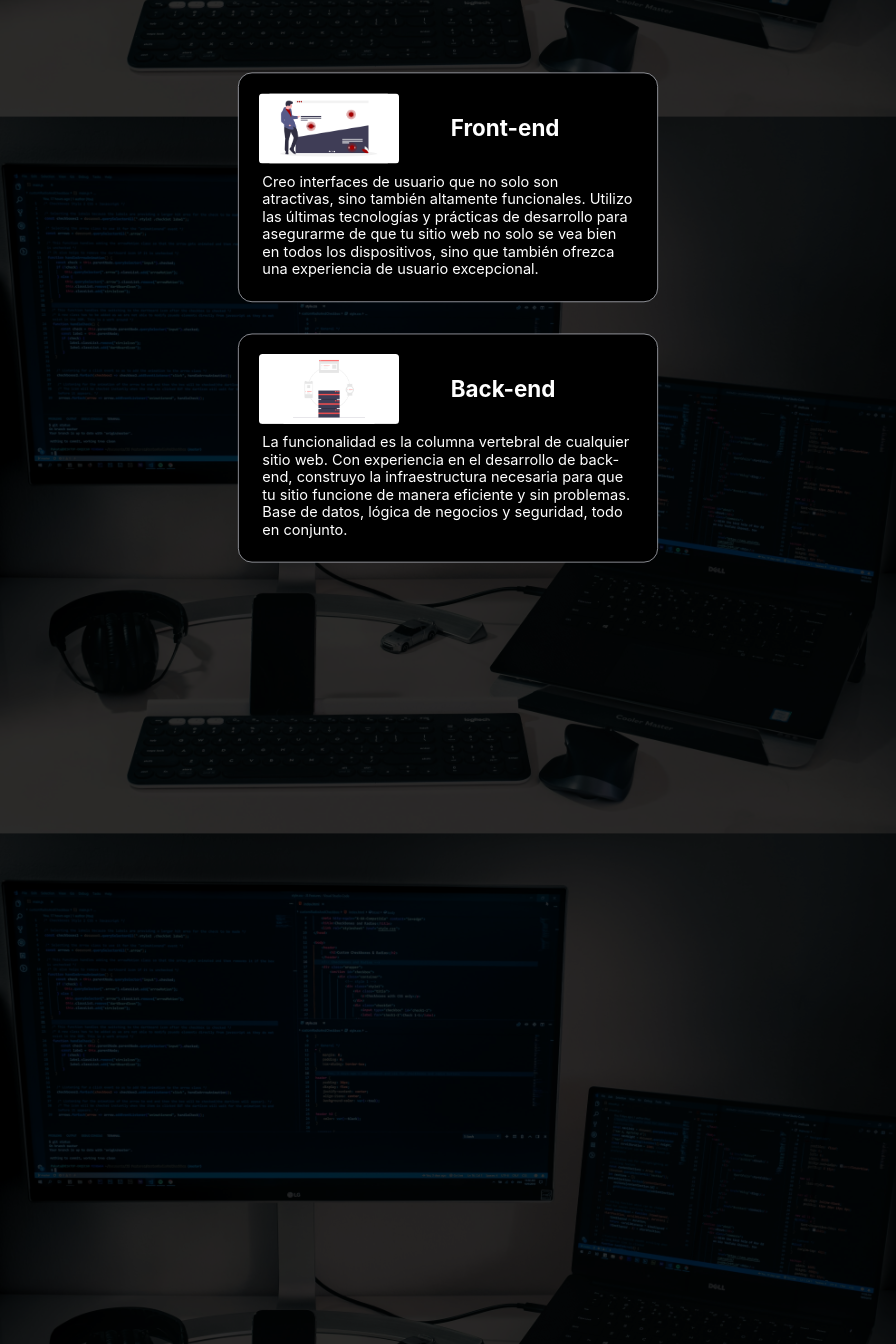
Repository: DamianBermudez94/DB-Porfolio
Page: /
These files come from the project's save history. The page is drawn as it stood at one moment and after the next save; the edit follows.
The browser window is 1280 px wide. The pictures show the part of the page from y = 1881 to 3801 px (the page is 4435 px tall before and 4660 px after), at 70% of full size.
Backgrounds fixed to the window are drawn as part of the page. Some web libraries are served in a nearby version. The project was rebuilt for these pictures with package versions that can differ from the ones it lists, and the page was loaded fresh each time. Also part of the build but not shown: vite.config.js, src/components/Conocimientos/styles.css, src/components/Conocimientos/Conocimientos.jsx, src/pages/AcerdaDe.jsx, src/components/Contacto/styles.css, src/components/Contacto/Contact.jsx, src/pages/contacto.jsx, src/data/trabajos.js and 4 more.

Above is the page before, as saved 2024-04-02 09:31:35.

After the next save:
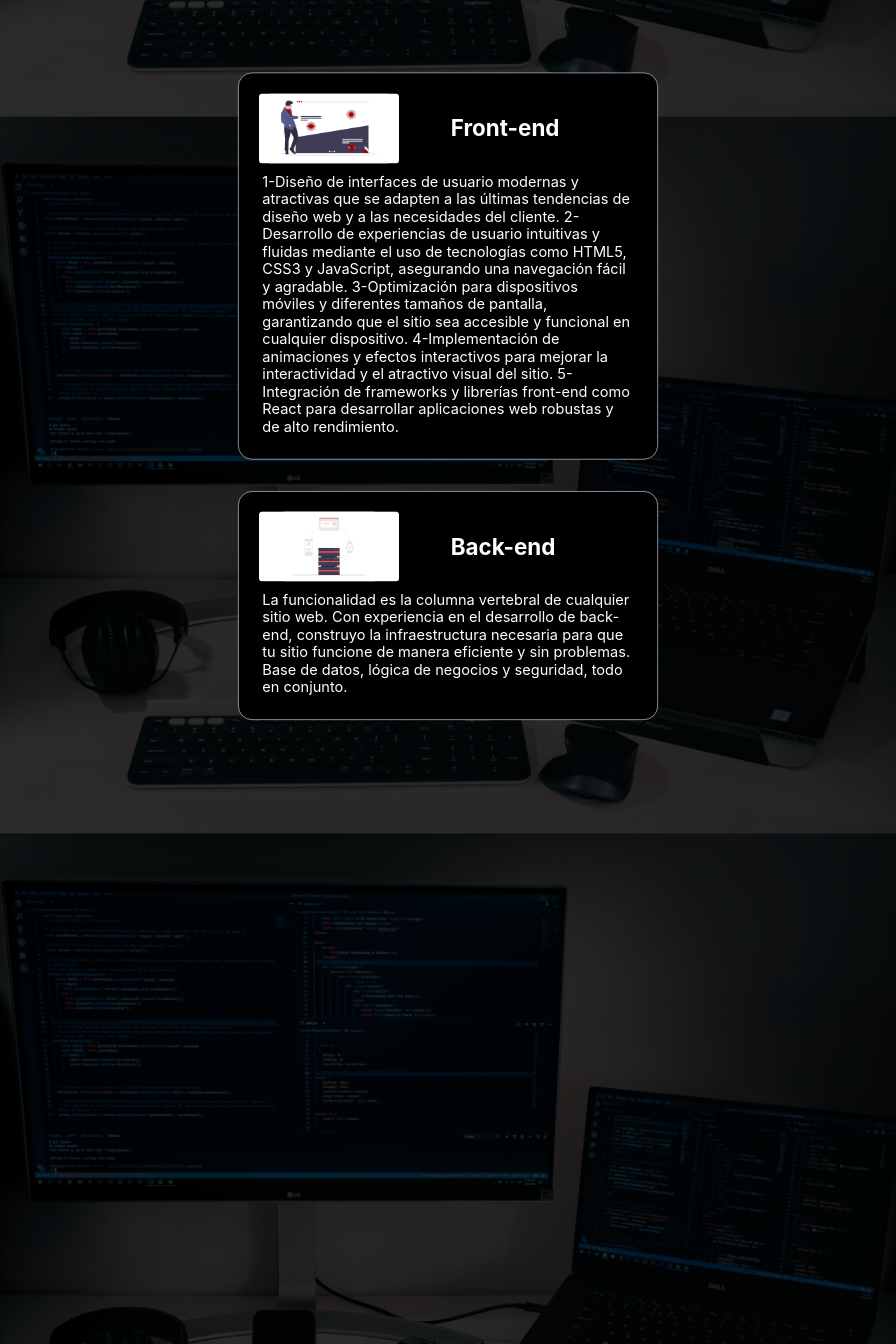
Saved 11 min 15 s later.
--- a/src/components/Servicios/Service.jsx
+++ b/src/components/Servicios/Service.jsx
@@ -36,11 +36,11 @@ export const Service = () => {
             <h3 className="text-title">Front-end</h3>
             <p className="text-body">
               {" "}
-              Creo interfaces de usuario que no solo son atractivas, sino
-              también altamente funcionales. Utilizo las últimas tecnologías y
-              prácticas de desarrollo para asegurarme de que tu sitio web no
-              solo se vea bien en todos los dispositivos, sino que también
-              ofrezca una experiencia de usuario excepcional.
+              1-Diseño de interfaces de usuario modernas y atractivas que se adapten a las últimas tendencias de diseño web y a las necesidades del cliente.
+              2-Desarrollo de experiencias de usuario intuitivas y fluidas mediante el uso de tecnologías como HTML5, CSS3 y JavaScript, asegurando una navegación fácil y agradable.
+              3-Optimización para dispositivos móviles y diferentes tamaños de pantalla, garantizando que el sitio sea accesible y funcional en cualquier dispositivo.
+              4-Implementación de animaciones y efectos interactivos para mejorar la interactividad y el atractivo visual del sitio.
+              5-Integración de frameworks y librerías front-end como React para desarrollar aplicaciones web robustas y de alto rendimiento.
             </p>
           </div>
           <NavLink className="card-button" to="/contacto">
